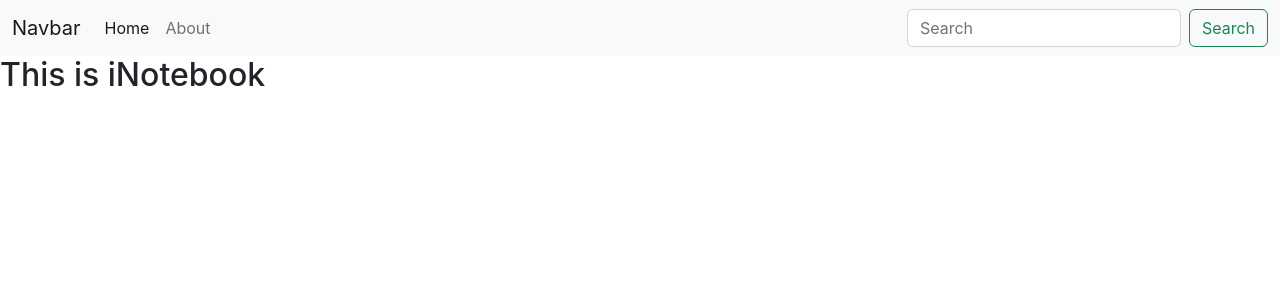
Repository: SatishPatil108/iNotebook-React
Page: /
These files come from the project's save history. The page is drawn as it stood at one moment and after the next save; the edit follows.
The browser window is 1280 px wide. The pictures show the whole page.
The project was rebuilt for these pictures with package versions that can differ from the ones it lists, and the page was loaded fresh each time. Also part of the build but not shown: src/App.css, src/components/About.js.

Above is the page before, as saved 2022-07-23 16:38:41.

After the next save:
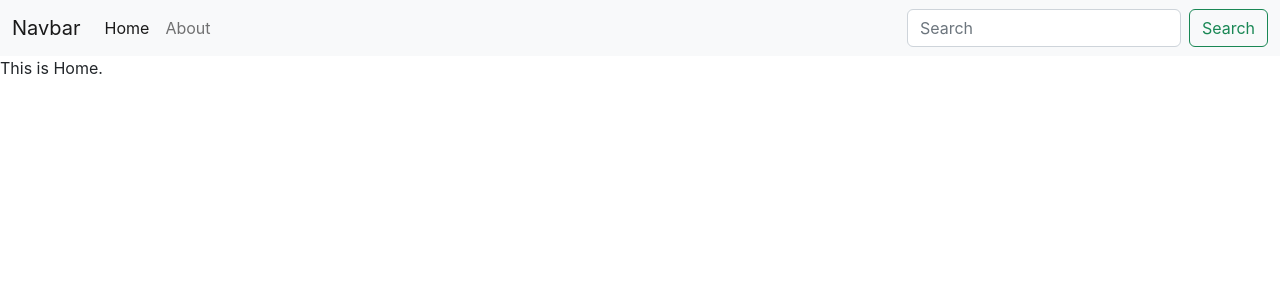
Saved 56 s later.
--- a/src/components/Home.js
+++ b/src/components/Home.js
@@ -3,7 +3,7 @@
 const Home = () => {
     return (
         <div>
-            <h2>This is iNotebook</h2>
+            This is Home.
         </div>
     )
 }
